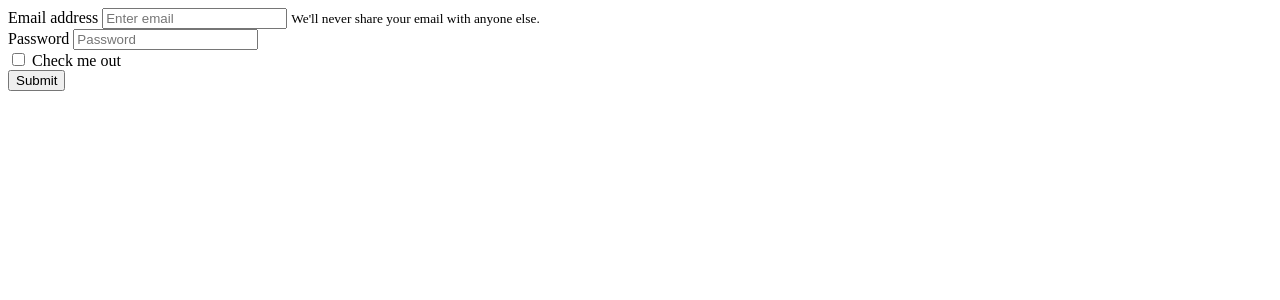
Repository: casebrophy/beerTrakker
Page: frontend/login.html
These files come from the project's save history. The page is drawn as it stood at one moment and after the next save; the edit follows.
The browser window is 1280 px wide. The pictures show the whole page.

Above is the page before, as saved 2022-05-10 10:19:20.

### frontend/login.html
<form>
    <div class="form-group">
      <label for="exampleInputEmail1">Email address</label>
      <input type="email" class="form-control" id="exampleInputEmail1" aria-describedby="emailHelp" placeholder="Enter email">
      <small id="emailHelp" class="form-text text-muted">We'll never share your email with anyone else.</small>
    </div>
    <div class="form-group">
      <label for="exampleInputPassword1">Password</label>
      <input type="password" class="form-control" id="exampleInputPassword1" placeholder="Password">
    </div>
    <div class="form-group form-check">
      <input type="checkbox" class="form-check-input" id="exampleCheck1">
      <label class="form-check-label" for="exampleCheck1">Check me out</label>
    </div>
    <button type="submit" class="btn btn-primary">Submit</button>
  </form>

After the next save:
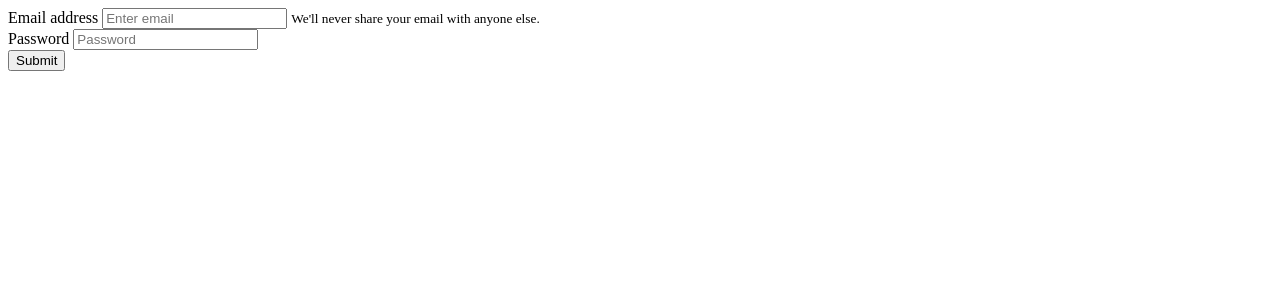
Saved 8 s later.
--- a/frontend/login.html
+++ b/frontend/login.html
@@ -8,9 +8,5 @@
       <label for="exampleInputPassword1">Password</label>
       <input type="password" class="form-control" id="exampleInputPassword1" placeholder="Password">
     </div>
-    <div class="form-group form-check">
-      <input type="checkbox" class="form-check-input" id="exampleCheck1">
-      <label class="form-check-label" for="exampleCheck1">Check me out</label>
-    </div>
     <button type="submit" class="btn btn-primary">Submit</button>
   </form>
